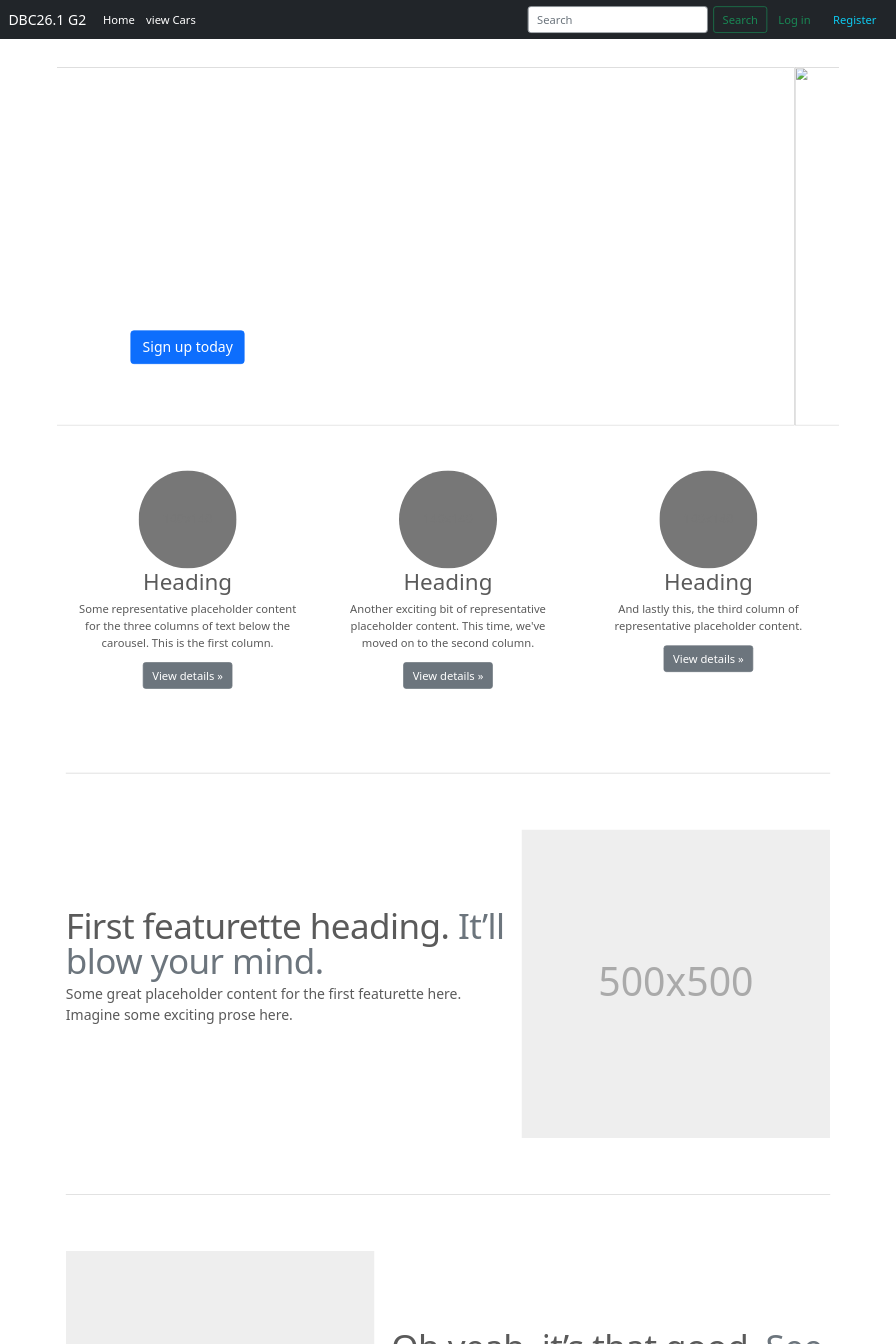
Repository: Cwills21/Aiti-dbc26.1-group-2
Page: http://localhost/
The author's editor kept a copy of each file at every save. The page is drawn from the files as they stood at one save, then again after the next save.
The browser window is 1280 px wide. The pictures show the part of the page from y = 0 to 1920 px (the page is 3015 px tall), at 70% of full size.
The page is served by the project's Laravel application, run on PHP 8.4 with Laravel 8. Other server files are loaded and not shown. Queries for data that is not in the repository find no rows.

Above is the page before, as saved 2022-03-10 00:08:52.

### routes/web.php
<?php

use App\Http\Controllers\CarController;
use Illuminate\Support\Facades\Route;

/*
|--------------------------------------------------------------------------
| Web Routes
|--------------------------------------------------------------------------
|
| Here is where you can register web routes for your application. These
| routes are loaded by the RouteServiceProvider within a group which
| contains the "web" middleware group. Now create something great!
|
*/


Route::get('/', [CarController::class, 'welcome'])->name('welcome');

Route::get('/dashboard', function () {
    return view('dashboard');
})->middleware(['auth'])->name('dashboard');

require __DIR__.'/auth.php';

//Cars
Route::prefix('/cars')->group(function(){
    Route::get('/', [CarController::class, 'showAllCars'])->name('showAllCars');
    Route::get('/add', [CarController::class, 'showAddCarPage'])->name('showAddCarPage');
    Route::get('/{id}/edit', [CarController::class, 'showEditCarPage'])->name('updateCar');

    Route::post('/', [CarController::class, 'saveCar'])->name('saveCar');
    Route::put('/', [CarController::class, 'updateCar']);
    Route::delete('/', [CarController::class, 'deleteCar'])->name('deleteCar');

    });

### app/Http/Controllers/CarController.php
<?php

namespace App\Http\Controllers;

use Illuminate\Http\Request;
use App\Models\Car;

class CarController extends Controller
{
    public function welcome() {
        $allCars = Car::paginate(10);
        return view('welcome')
                ->with('cars', $allCars);
    }

    public function showAllCars() {
        $allCars = Car::paginate(10);
        return view('cars.list')
                ->with('cars', $allCars);
    }

    public function showAddCarPage(){
       return view('cars.cars-form')
         ->with('car', new Car)
         ->with('edit', false);
    }

    public function showEditCarPage($id){
        $car = Car::findOrFail($id);
        return view('cars.cars-form')
         ->with('edit', true)
         ->with('car', $car);
    }
    public function savecar(Request $request){
        $request->validate([
     'car_no' => 'required|min:3|max:10|unique:cars,car_no',
     'car_brand' => 'required|min:3|max:50',
     'car_model' => 'required|min:3|max:50',
     'year_of_reg' => 'required|min:4|max:4',
     'price_within'=> 'required|numeric',
     'price_outside'=> 'required|numeric',
     'picture'=> 'image',

 ],[
     // custom messages
     'unique' => 'This :attribute is already registered in the system'
 ],[
     // custom attribute names
     'car_no' => 'Car munber',
 ]);
 $path = $request->file('picture')
     ->store('images');
 $newCar = new Car();
 $newCar->car_no = $request->input('car_no');
 $newCar->car_brand = $request->input('car_brand');
 $newCar->car_model = $request->input('car_model');
 $newCar->year_of_reg = $request->input('year_of_reg');
 $newCar->price_within = $request->input('price_within');
 $newCar->price_outside = $request->input('price_outside');
 $newCar->picture = $path;
 $newCar->save();
 session()->flash('alert', $newCar->Carname. ' Added successfully');
 return redirect('/cars');

}
public function updateCar(Request $request){
    $path = $request->file('picture')
     ->store('images');
    $car = Car::findOrFail( $request->input('id'));
    $car->car_no = $request->input('car_no');
    $car->car_brand = $request->input('car_brand');
    $car->car_model = $request->input('car_model');
    $car->year_of_reg = $request->input('year_of_reg');
    $car->price_within = $request->input('price_within');
    $car->price_outside = $request->input('price_outside');
    $car->picture = $path;
    $car->save();
    session()->flash('alert', $car->Carname. ' updated successfully');
    return redirect('/cars');
}
public function deleteCar(Request $request){
    $car = Car::findOrFail( $request->input('id'));
    $car->delete();
    session()->flash('alert', $car->Carname. ' deleted successfully');
    return redirect('/cars');
}
}

### app/Models/Car.php
<?php

namespace App\Models;

use Illuminate\Database\Eloquent\Factories\HasFactory;
use Illuminate\Database\Eloquent\Model;

class Car extends Model
{
    use HasFactory;

    public function getCarnameAttribute(){
        return $this->car_brand. ' '. $this->car_model. ' '. $this->car_no;
    }
}

### resources/views/welcome.blade.php
@extends('layout.master')

@section('page_title', 'Welcome')

@section('content')
<div id="myCarousel" class="carousel slide" data-bs-ride="carousel">
    <div class="carousel-indicators">
      <button type="button" data-bs-target="#myCarousel" data-bs-slide-to="0" class="active" aria-current="true" aria-label="Slide 1"></button>
      <button type="button" data-bs-target="#myCarousel" data-bs-slide-to="1" aria-label="Slide 2"></button>
      <button type="button" data-bs-target="#myCarousel" data-bs-slide-to="2" aria-label="Slide 3"></button>
      <button type="button" data-bs-target="#myCarousel" data-bs-slide-to="3" aria-label="Slide 4"></button>
    </div>
    <div class="carousel-inner">
      <div class="carousel-item active">
        <!-- <svg class="bd-placeholder-img" width="100%" height="100%" xmlns="img/bg_1.jpg" aria-hidden="true" preserveAspectRatio="xMidYMid slice" focusable="false"><rect width="100%" height="100%" fill="#777"/></svg> -->
        <img src="img/bg_1.jpg" style="width:100%">
        <div class="container">
          <div class="carousel-caption text-start">
            <h1>Example headline.</h1>
            <p>Some representative placeholder content for the first slide of the carousel.</p>
            <p><a class="btn btn-lg btn-primary" href="#">Sign up today</a></p>
          </div>
        </div>
      </div>
      <div class="carousel-item">
        <!-- <svg class="bd-placeholder-img" width="100%" height="100%" xmlns="http://www.w3.org/2000/svg" aria-hidden="true" preserveAspectRatio="xMidYMid slice" focusable="false"><rect width="100%" height="100%" fill="#777"/></svg> -->
        <img src="img/bg_2.jpg" style="width:100%">
        <div class="container">
          <div class="carousel-caption">
            <h1>Another example headline.</h1>
            <p>Some representative placeholder content for the second slide of the carousel.</p>
            <p><a class="btn btn-lg btn-primary" href="#">Learn more</a></p>
          </div>
        </div>
      </div>
      <div class="carousel-item">
        <!-- <svg class="bd-placeholder-img" width="100%" height="100%" xmlns="http://www.w3.org/2000/svg" aria-hidden="true" preserveAspectRatio="xMidYMid slice" focusable="false"><rect width="100%" height="100%" fill="#777"/></svg> -->
        <img src="img/bg_3.jpg" style="width:100%">
        <div class="container">
          <div class="carousel-caption text-end">
            <h1>One more for good measure.</h1>
            <p>Some representative placeholder content for the third slide of this carousel.</p>
            <p><a class="btn btn-lg btn-primary" href="#">Browse gallery</a></p>
          </div>
        </div>
      </div>
      <div class="carousel-item">
        <!-- <svg class="bd-placeholder-img" width="100%" height="100%" xmlns="http://www.w3.org/2000/svg" aria-hidden="true" preserveAspectRatio="xMidYMid slice" focusable="false"><rect width="100%" height="100%" fill="#777"/></svg> -->
        <img src="img/car-1.jpg" style="width:100%">
        <div class="container">
          <div class="carousel-caption text-end">
            <h1>One more for good measure.</h1>
            <p>Some representative placeholder content for the third slide of this carousel.</p>
            <p><a class="btn btn-lg btn-primary" href="#">Browse gallery</a></p>
          </div>
        </div>
      </div>
    </div>
    <button class="carousel-control-prev" type="button" data-bs-target="#myCarousel" data-bs-slide="prev">
      <span class="carousel-control-prev-icon" aria-hidden="true"></span>
      <span class="visually-hidden">Previous</span>
    </button>
    <button class="carousel-control-next" type="button" data-bs-target="#myCarousel" data-bs-slide="next">
      <span class="carousel-control-next-icon" aria-hidden="true"></span>
      <span class="visually-hidden">Next</span>
    </button>
  </div>


  <!-- Marketing messaging and featurettes
  ================================================== -->
  <!-- Wrap the rest of the page in another container to center all the content. -->

  <div class="container marketing bg">

    <!-- Three columns of text below the carousel -->
    <div class="row">
      <div class="col-lg-4">
        <svg class="bd-placeholder-img rounded-circle" width="140" height="140" xmlns="http://www.w3.org/2000/svg" role="img" aria-label="Placeholder: 140x140" preserveAspectRatio="xMidYMid slice" focusable="false"><title>Placeholder</title><rect width="100%" height="100%" fill="#777"/><text x="50%" y="50%" fill="#777" dy=".3em">140x140</text></svg>

        <h2>Heading</h2>
        <p>Some representative placeholder content for the three columns of text below the carousel. This is the first column.</p>
        <p><a class="btn btn-secondary" href="#">View details &raquo;</a></p>
      </div><!-- /.col-lg-4 -->
      <div class="col-lg-4">
        <svg class="bd-placeholder-img rounded-circle" width="140" height="140" xmlns="http://www.w3.org/2000/svg" role="img" aria-label="Placeholder: 140x140" preserveAspectRatio="xMidYMid slice" focusable="false"><title>Placeholder</title><rect width="100%" height="100%" fill="#777"/><text x="50%" y="50%" fill="#777" dy=".3em">140x140</text></svg>

        <h2>Heading</h2>
        <p>Another exciting bit of representative placeholder content. This time, we've moved on to the second column.</p>
        <p><a class="btn btn-secondary" href="#">View details &raquo;</a></p>
      </div><!-- /.col-lg-4 -->
      <div class="col-lg-4">
        <svg class="bd-placeholder-img rounded-circle" width="140" height="140" xmlns="http://www.w3.org/2000/svg" role="img" aria-label="Placeholder: 140x140" preserveAspectRatio="xMidYMid slice" focusable="false"><title>Placeholder</title><rect width="100%" height="100%" fill="#777"/><text x="50%" y="50%" fill="#777" dy=".3em">140x140</text></svg>

        <h2>Heading</h2>
        <p>And lastly this, the third column of representative placeholder content.</p>
        <p><a class="btn btn-secondary" href="#">View details &raquo;</a></p>
      </div><!-- /.col-lg-4 -->
    </div><!-- /.row -->


    <!-- START THE FEATURETTES -->

    <hr class="featurette-divider">

    <div class="row featurette">
      <div class="col-md-7">
        <h2 class="featurette-heading">First featurette heading. <span class="text-muted">It’ll blow your mind.</span></h2>
        <p class="lead">Some great placeholder content for the first featurette here. Imagine some exciting prose here.</p>
      </div>
      <div class="col-md-5">
        <svg class="bd-placeholder-img bd-placeholder-img-lg featurette-image img-fluid mx-auto" width="500" height="500" xmlns="http://www.w3.org/2000/svg" role="img" aria-label="Placeholder: 500x500" preserveAspectRatio="xMidYMid slice" focusable="false"><title>Placeholder</title><rect width="100%" height="100%" fill="#eee"/><text x="50%" y="50%" fill="#aaa" dy=".3em">500x500</text></svg>

      </div>
    </div>

    <hr class="featurette-divider">

    <div class="row featurette">
      <div class="col-md-7 order-md-2">
        <h2 class="featurette-heading">Oh yeah, it’s that good. <span class="text-muted">See for yourself.</span></h2>
        <p class="lead">Another featurette? Of course. More placeholder content here to give you an idea of how this layout would work with some actual real-world content in place.</p>
      </div>
      <div class="col-md-5 order-md-1">
        <svg class="bd-placeholder-img bd-placeholder-img-lg featurette-image img-fluid mx-auto" width="500" height="500" xmlns="http://www.w3.org/2000/svg" role="img" aria-label="Placeholder: 500x500" preserveAspectRatio="xMidYMid slice" focusable="false"><title>Placeholder</title><rect width="100%" height="100%" fill="#eee"/><text x="50%" y="50%" fill="#aaa" dy=".3em">500x500</text></svg>

      </div>
    </div>

    <hr class="featurette-divider">

    <div class="row featurette">
      <div class="col-md-7">
        <h2 class="featurette-heading">And lastly, this one. <span class="text-muted">Checkmate.</span></h2>
        <p class="lead">And yes, this is the last block of representative placeholder content. Again, not really intended to be actually read, simply here to give you a better view of what this would look like with some actual content. Your content.</p>
      </div>
      <div class="col-md-5">
        <svg class="bd-placeholder-img bd-placeholder-img-lg featurette-image img-fluid mx-auto" width="500" height="500" xmlns="http://www.w3.org/2000/svg" role="img" aria-label="Placeholder: 500x500" preserveAspectRatio="xMidYMid slice" focusable="false"><title>Placeholder</title><rect width="100%" height="100%" fill="#eee"/><text x="50%" y="50%" fill="#aaa" dy=".3em">500x500</text></svg>

      </div>
    </div>

    <hr class="featurette-divider">

    <!-- /END THE FEATURETTES -->

  </div><!-- /.container -->
@endsection

### resources/views/layout/master.blade.php

<!doctype html>
<html lang="en">
  <head>
    <meta charset="utf-8">
    <meta name="viewport" content="width=device-width, initial-scale=1">
    <meta name="description" content="">
    <meta name="author" content="Mark Otto, Jacob Thornton, and Bootstrap contributors">
    <meta name="generator" content="Hugo 0.88.1">
    <title>Carousel Template · Bootstrap v5.1</title>

    <link rel="canonical" href="https://getbootstrap.com/docs/5.1/examples/carousel/">



    <!-- Bootstrap core CSS -->
<link href="https://cdn.jsdelivr.net/npm/bootstrap@5.1.3/dist/css/bootstrap.min.css" rel="stylesheet" integrity="sha384-1BmE4kWBq78iYhFldvKuhfTAU6auU8tT94WrHftjDbrCEXSU1oBoqyl2QvZ6jIW3" crossorigin="anonymous">
    <!-- Favicons -->
<link rel="apple-touch-icon" href="/docs/5.1/assets/img/favicons/apple-touch-icon.png" sizes="180x180">
<link rel="icon" href="/docs/5.1/assets/img/favicons/favicon-32x32.png" sizes="32x32" type="image/png">
<link rel="icon" href="/docs/5.1/assets/img/favicons/favicon-16x16.png" sizes="16x16" type="image/png">
<link rel="manifest" href="/docs/5.1/assets/img/favicons/manifest.json">
<link rel="mask-icon" href="/docs/5.1/assets/img/favicons/safari-pinned-tab.svg" color="#7952b3">
<link rel="icon" href="/docs/5.1/assets/img/favicons/favicon.ico">
<meta name="theme-color" content="#7952b3">


    <style>
      .bd-placeholder-img {
        font-size: 1.125rem;
        text-anchor: middle;
        -webkit-user-select: none;
        -moz-user-select: none;
        user-select: none;
      }

      @media (min-width: 768px) {
        .bd-placeholder-img-lg {
          font-size: 3.5rem;
        }
      }

body, html {
  height: 100%;
  margin: 0;
}

.bg {
  /* The image used */
  background-image: url("img/bg_2.jpg");

  /* Full height */
  height: 100%;

  /* Center and scale the image nicely */
  background-position: center;
  background-repeat: no-repeat;
  background-size: cover;
}
</style>


    <!-- Custom styles for this template -->
    <!-- <link href="carousel.css" rel="stylesheet"> -->
    <link href="{{url('css/carousel.css') }}" rel="stylesheet">
  </head>
  <body>

<header>

  <nav class="navbar navbar-expand-md navbar-dark fixed-top bg-dark">
    <div class="container-fluid">
      <a class="navbar-brand" href="#">DBC26.1 G2</a>
      <button class="navbar-toggler" type="button" data-bs-toggle="collapse" data-bs-target="#navbarCollapse" aria-controls="navbarCollapse" aria-expanded="false" aria-label="Toggle navigation">
        <span class="navbar-toggler-icon"></span>
      </button>
      <div class="collapse navbar-collapse" id="navbarCollapse">
        <ul class="navbar-nav me-auto mb-2 mb-md-0">
          <li class="nav-item">
            <a class="nav-link active" aria-current="page" href="/">Home</a>
          </li>
          <li class="nav-item">
          <a class="nav-link active" href="{{ route('showAllCars') }}">view Cars</a>
          </li>

        </ul>
        <form class="d-flex">
          <input class="form-control me-2" type="search" placeholder="Search" aria-label="Search">
          <button class="btn btn-outline-success" type="submit">Search</button>
        </form>
        @if (Route::has('login'))
                        @auth
                        <form method="POST" action="{{ route('logout') }}">
                                    @csrf
                                    <x-responsive-nav-link :href="route('logout')"
                                            onclick="event.preventDefault();
                                                        this.closest('form').submit();">
                                        <button class="nav-item btn btn btn-outline-danger btn-xs">Log Out</button>
                                    </x-responsive-nav-link>
                        </form>
                        @else

                            <a href="{{ route('login') }}" class="nav-link text-success">Log in</a>

                            @if (Route::has('register'))

                            <a href="{{ route('register') }}" class="nav-link text-info">Register</a>

                            @endif
                        @endauth

                    @endif
      </div>
    </div>
  </nav>
</header>



<div class="container mt-5">
        @include('common.alert')
        {{-- @include('common.errors') --}}
        @yield('content')
</div>


  <!-- FOOTER -->
  <footer class="container">
    <p class="float-end"><a href="#">Back to top</a></p>
    <p>&copy; 2017–2021 Company, Inc. &middot; <a href="#">Privacy</a> &middot; <a href="#">Terms</a></p>
  </footer>

<!-- JavaScript Bundle with Popper -->
<script src="https://cdn.jsdelivr.net/npm/bootstrap@5.1.3/dist/js/bootstrap.bundle.min.js" integrity="sha384-ka7Sk0Gln4gmtz2MlQnikT1wXgYsOg+OMhuP+IlRH9sENBO0LRn5q+8nbTov4+1p" crossorigin="anonymous"></script>

  </body>
</html>

### resources/views/common/alert.blade.php
 @if(session()->has('alert'))
 <div class="alert alert-success" role="alert">
  {{session('alert')}}
</div>
@endif

### public/css/carousel.css
/* GLOBAL STYLES
-------------------------------------------------- */
/* Padding below the footer and lighter body text */

body {
  padding-top: 3rem;
  padding-bottom: 3rem;
  color: #5a5a5a;
}


/* CUSTOMIZE THE CAROUSEL
-------------------------------------------------- */

/* Carousel base class */
.carousel {
  margin-bottom: 4rem;
}
/* Since positioning the image, we need to help out the caption */
.carousel-caption {
  bottom: 3rem;
  z-index: 10;
}

/* Declare heights because of positioning of img element */
.carousel-item {
  height: 32rem;
}
.carousel-item > img {
  position: absolute;
  top: 0;
  left: 0;
  min-width: 100%;
  height: 32rem;
}


/* MARKETING CONTENT
-------------------------------------------------- */

/* Center align the text within the three columns below the carousel */
.marketing .col-lg-4 {
  margin-bottom: 1.5rem;
  text-align: center;
}
.marketing h2 {
  font-weight: 400;
}
/* rtl:begin:ignore */
.marketing .col-lg-4 p {
  margin-right: .75rem;
  margin-left: .75rem;
}
/* rtl:end:ignore */


/* Featurettes
------------------------- */

.featurette-divider {
  margin: 5rem 0; /* Space out the Bootstrap <hr> more */
}

/* Thin out the marketing headings */
.featurette-heading {
  font-weight: 300;
  line-height: 1;
  /* rtl:remove */
  letter-spacing: -.05rem;
}


/* RESPONSIVE CSS
-------------------------------------------------- */

@media (min-width: 40em) {
  /* Bump up size of carousel content */
  .carousel-caption p {
    margin-bottom: 1.25rem;
    font-size: 1.25rem;
    line-height: 1.4;
  }

  .featurette-heading {
    font-size: 50px;
  }
}

@media (min-width: 62em) {
  .featurette-heading {
    margin-top: 7rem;
  }
}

Loaded but not shown: routes/auth.php (common file); app/Http/Controllers/Controller.php (common file); resources/views/components/responsive-nav-link.blade.php (common file)

After the next save:
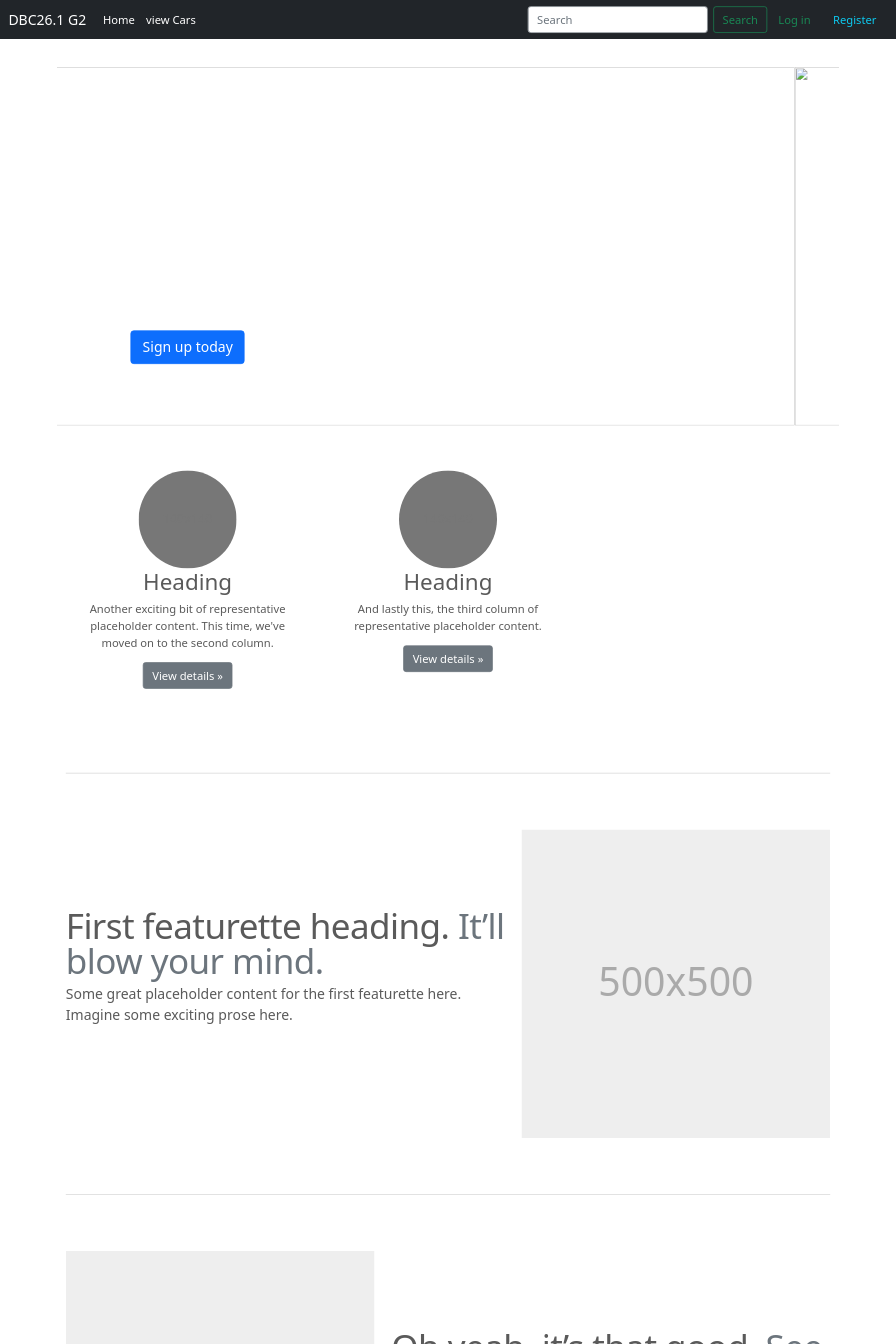
Saved 5 min 12 s later.
--- a/resources/views/welcome.blade.php
+++ b/resources/views/welcome.blade.php
@@ -75,6 +75,7 @@
 
     <!-- Three columns of text below the carousel -->
     <div class="row">
+    @foreach ($cars as $car)
       <div class="col-lg-4">
         <svg class="bd-placeholder-img rounded-circle" width="140" height="140" xmlns="http://www.w3.org/2000/svg" role="img" aria-label="Placeholder: 140x140" preserveAspectRatio="xMidYMid slice" focusable="false"><title>Placeholder</title><rect width="100%" height="100%" fill="#777"/><text x="50%" y="50%" fill="#777" dy=".3em">140x140</text></svg>
 
@@ -82,6 +83,7 @@
         <p>Some representative placeholder content for the three columns of text below the carousel. This is the first column.</p>
         <p><a class="btn btn-secondary" href="#">View details &raquo;</a></p>
       </div><!-- /.col-lg-4 -->
+      @endforeach
       <div class="col-lg-4">
         <svg class="bd-placeholder-img rounded-circle" width="140" height="140" xmlns="http://www.w3.org/2000/svg" role="img" aria-label="Placeholder: 140x140" preserveAspectRatio="xMidYMid slice" focusable="false"><title>Placeholder</title><rect width="100%" height="100%" fill="#777"/><text x="50%" y="50%" fill="#777" dy=".3em">140x140</text></svg>
 
